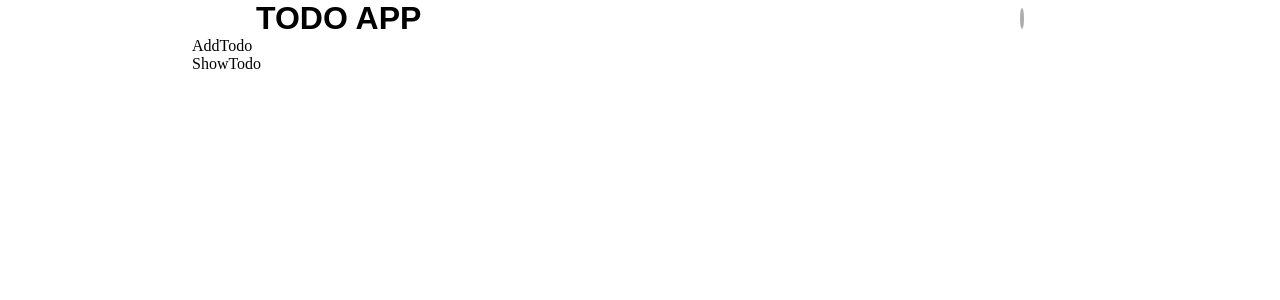
Repository: michalmilek/TodoApp
Page: /
These files come from the project's save history. The page is drawn as it stood at one moment and after the next save; the edit follows.
The browser window is 1280 px wide. The pictures show the whole page.
Some web fonts or font styles are not loaded; a fallback is used. The project was rebuilt for these pictures with package versions that can differ from the ones it lists, and the page was loaded fresh each time. Also part of the build but not shown: vite.config.js.

Above is the page before, as saved 2023-02-01 13:17:22.

### src/App.jsx
import { useState } from "react";
import "./App.css";
import AddTodo from "./components/AddTodo";
import Header from "./components/Header";
import ShowTodo from "./components/ShowTodo";

function App() {
  return (
    <div className="App">
      <Header />
      <AddTodo />
      <ShowTodo />
    </div>
  );
}

export default App;

### src/index.css
@import url(https://fonts.googleapis.com/css?family=Poppins:100,100italic,200,200italic,300,300italic,regular,italic,500,500italic,600,600italic,700,700italic,800,800italic,900,900italic);
@import url(https://fonts.googleapis.com/css?family=Texturina:100,200,300,regular,500,600,700,800,900,100italic,200italic,300italic,italic,500italic,600italic,700italic,800italic,900italic);

*{
  box-sizing: border-box;
  margin: 0;
  padding: 0;
}

body{
  display: flex;
  flex-direction: column;
  align-items: center;
  justify-content: center;
}

### src/App.css
header{
  display: flex;
  justify-content: space-between;
  align-items: center;
  width: 70vw;
  padding: 0 4rem;
}

  .logo{
    font-family: 'Texturina', sans-serif;
  }

  .light{
    border-radius: 50%;
    border: 2px solid rgb(173, 173, 173);
    background: #fff;
    height: 20px;
    width: 20px;
    content: '';
  }

### src/components/AddTodo.jsx
import React from "react";

const AddTodo = () => {
  return <div>AddTodo</div>;
};

export default AddTodo;

### src/components/Header.jsx
import React from "react";

const Header = () => {
  return (
    <header>
      <div className="logo">
        <h1>TODO APP</h1>
      </div>
      <div className="themeSelector">
        <span className="light"></span>
        <span className="medium"></span>
        <span className="dark"></span>
        <span className="g1"></span>
        <span className="g2"></span>
        <span className="g3"></span>
      </div>
    </header>
  );
};

export default Header;

### src/components/ShowTodo.jsx
import React from "react";

const ShowTodo = () => {
  return <div>ShowTodo</div>;
};

export default ShowTodo;

Loaded but not shown: index.html (common file); src/main.jsx (common file)

After the next save:
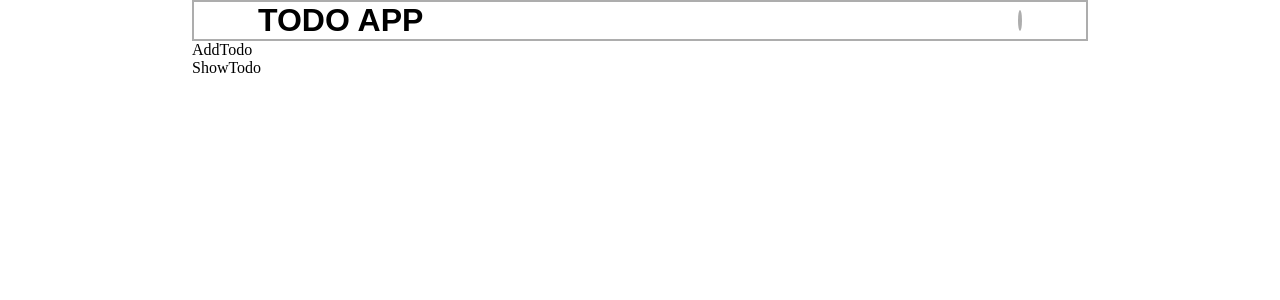
Saved 15 s later.
--- a/src/App.css
+++ b/src/App.css
@@ -4,6 +4,7 @@ header{
   align-items: center;
   width: 70vw;
   padding: 0 4rem;
+  border: 2px solid rgb(173, 173, 173);
 }
 
   .logo{
